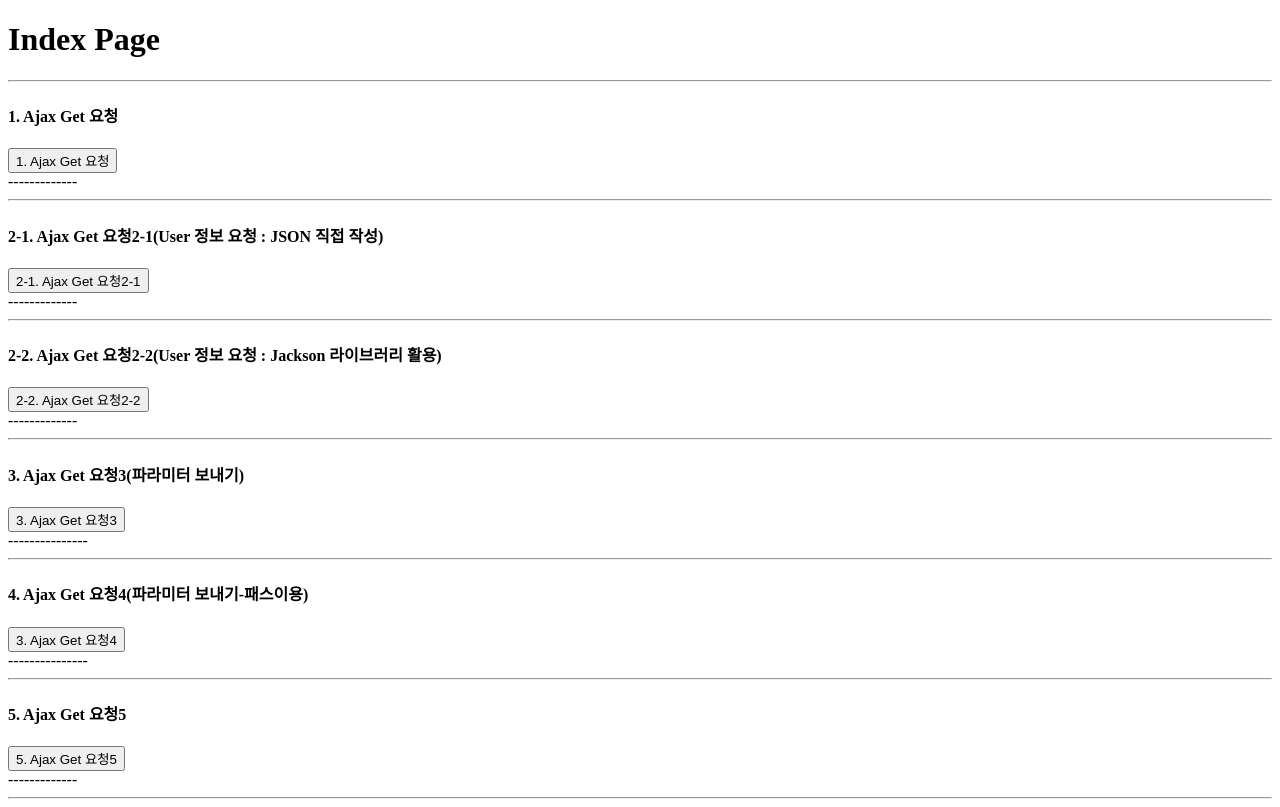
Repository: smallomg/bg-spring
Page: http://localhost/demo4/WEB-INF/views/index.jsp
These files come from the project's save history. The page is drawn as it stood at one moment and after the next save; the edit follows.
The browser window is 1280 px wide. The pictures show the whole page.
The page is served by Tomcat 9. Nobody is signed in. The template is opened directly, without the code that normally fills it, so the values that code supplies are empty.

Above is the page before, as saved 2025-05-07 06:45:09.

After the next save:
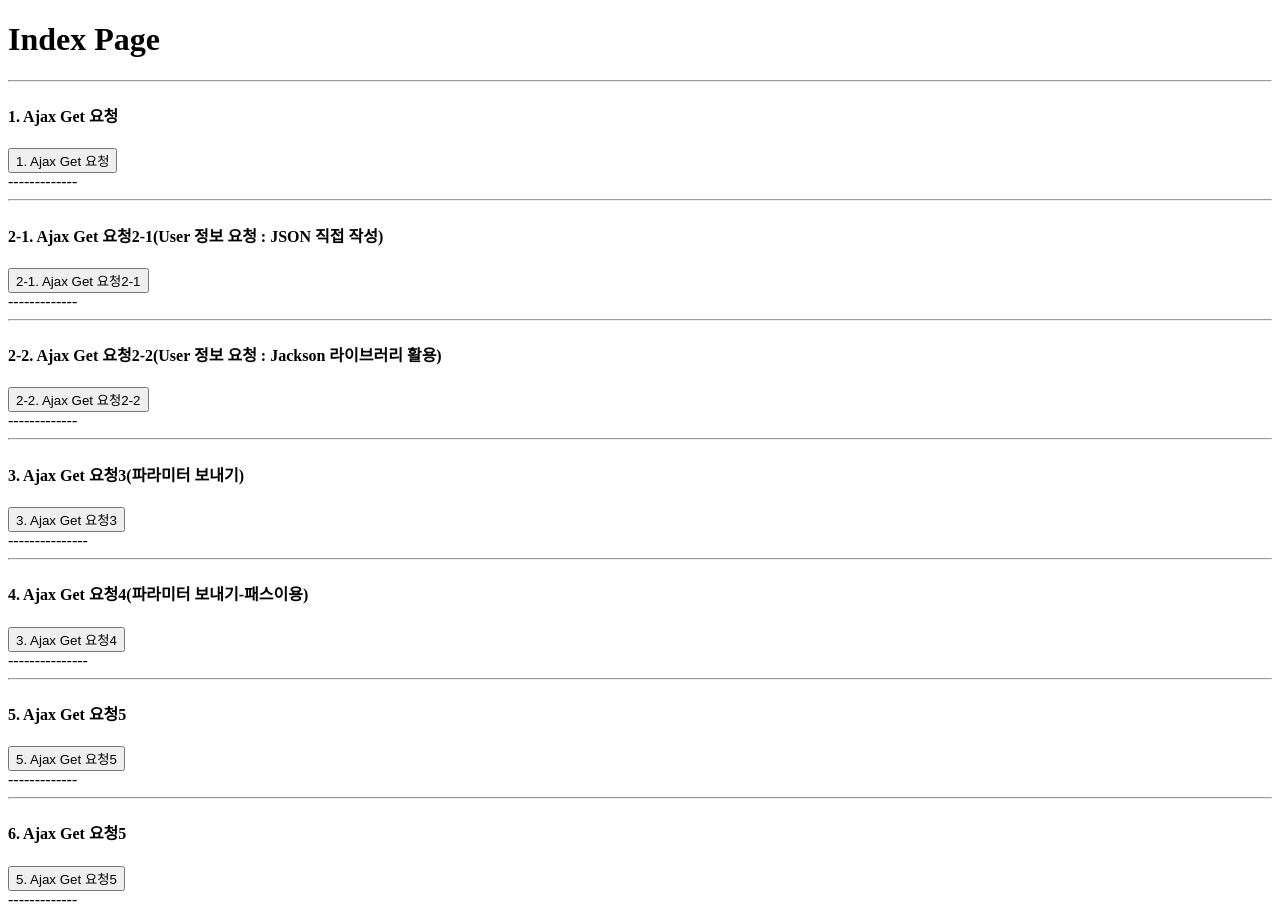
Saved 15 s later.
--- a/ldy_spring/demo4/src/main/webapp/WEB-INF/views/index.jsp
+++ b/ldy_spring/demo4/src/main/webapp/WEB-INF/views/index.jsp
@@ -33,6 +33,9 @@
 	<button onclick="sendParameter3()">5. Ajax Get 요청5</button>
 	<div id="demo5">-------------</div>
 	<hr>
+	<h4>6. Ajax Get 요청5</h4>
+	<button onclick="sendParameter3()">5. Ajax Get 요청5</button>
+	<div id="demo5">-------------</div>
 
 	<script>
 		function getData() {
